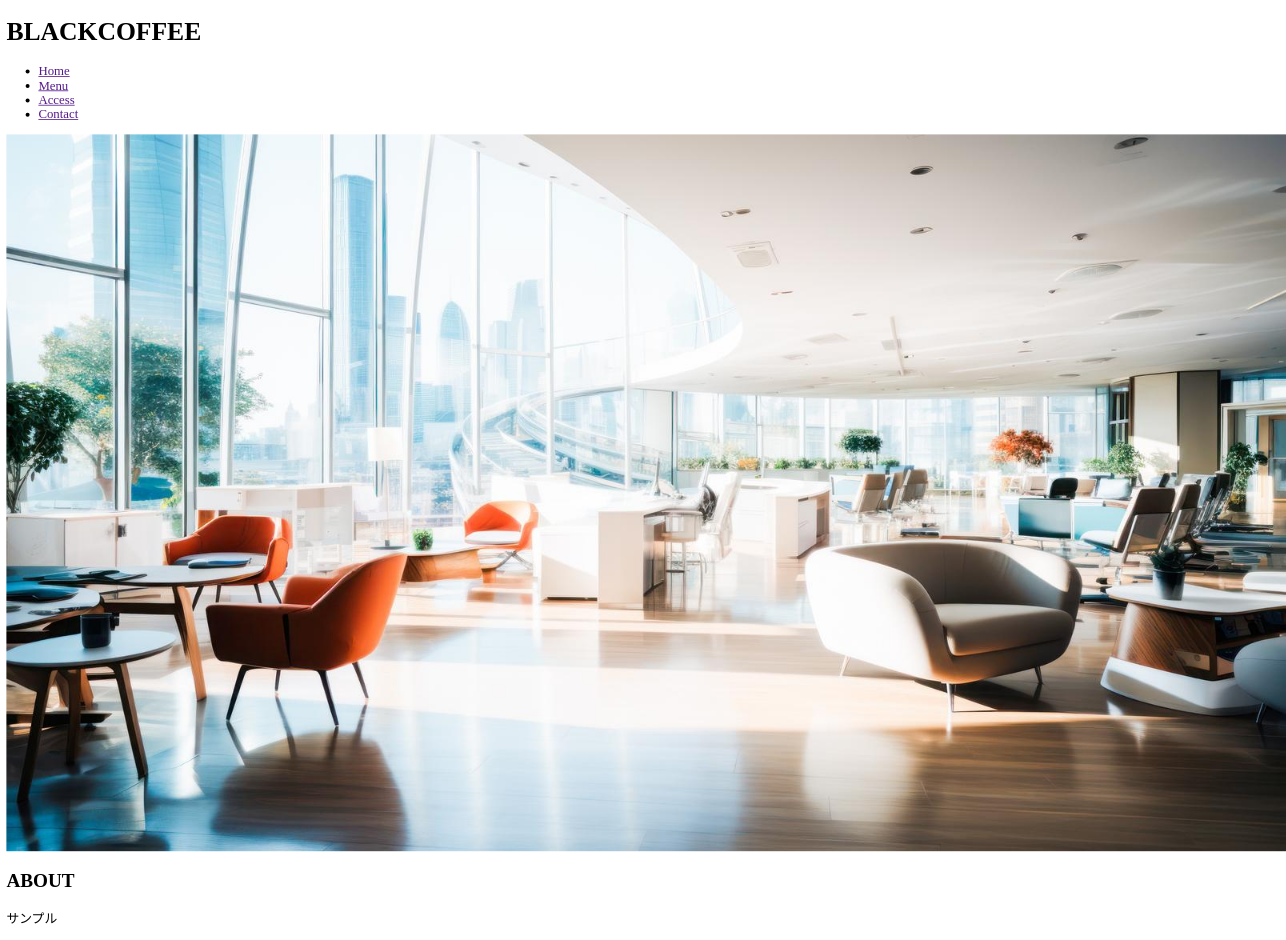
Repository: elle821208/Ayakomi-Cafe
Page: index.html
An editor plug-in stored every save of this project. The page is shown before and after the next save, followed by the edit.
The browser window is 1280 px wide. The page is 1608 px wide, so the pictures cover 1608 px, including what lies to the right of the window. The pictures show the whole page, at 80% of full size.

Above is the page before, as saved 2025-02-28 07:29:16.

After the next save:
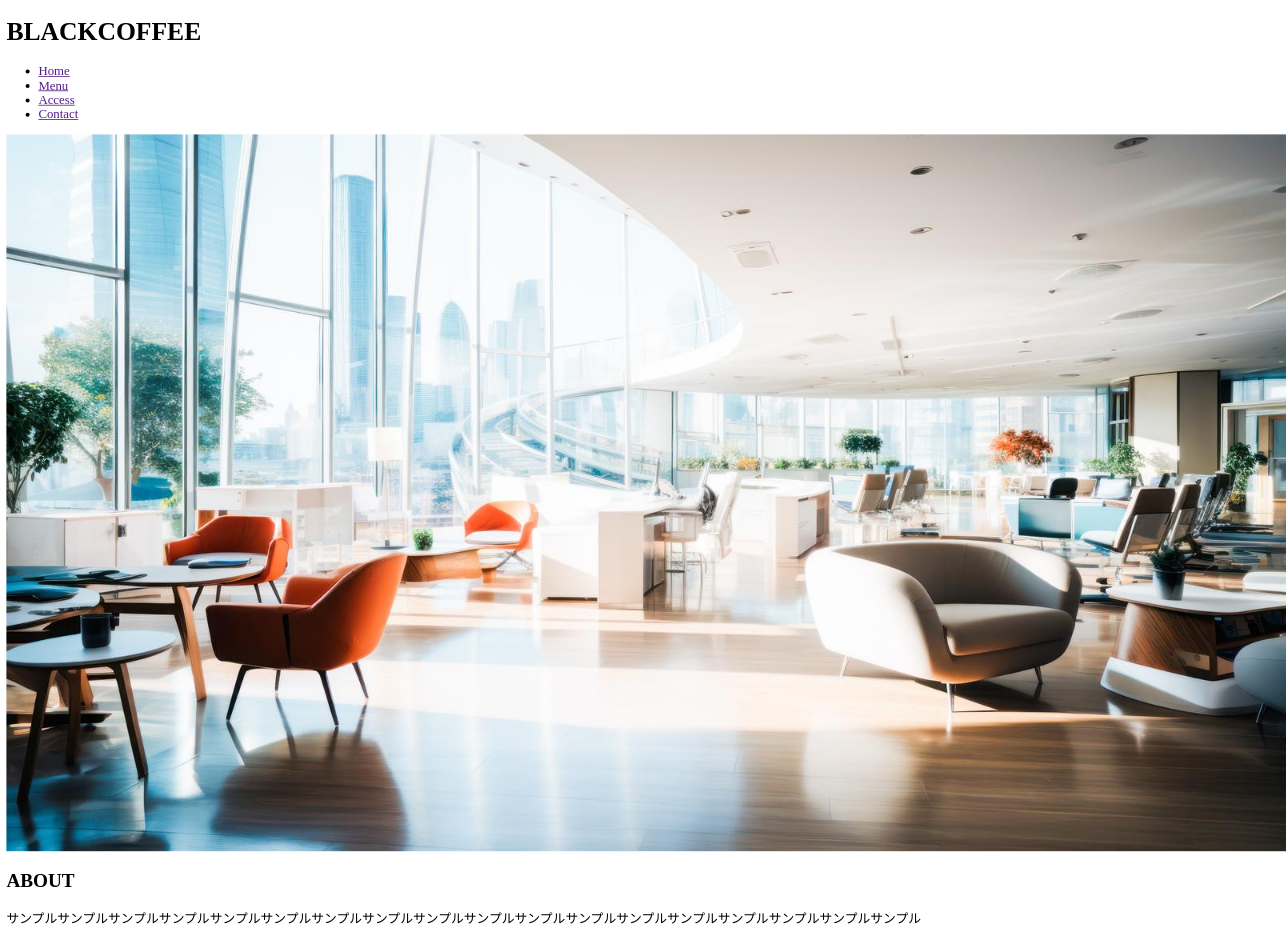
Saved 10 s later.
--- a/index.html
+++ b/index.html
@@ -43,7 +43,7 @@
             <section class="about">
                 <div class="container">
                     <h2>ABOUT</h2>
-                    <p>サンプル</p>
+                    <p>サンプルサンプルサンプルサンプルサンプルサンプルサンプルサンプルサンプルサンプルサンプルサンプルサンプルサンプルサンプルサンプルサンプルサンプル</p>
 
                 </div>
 
